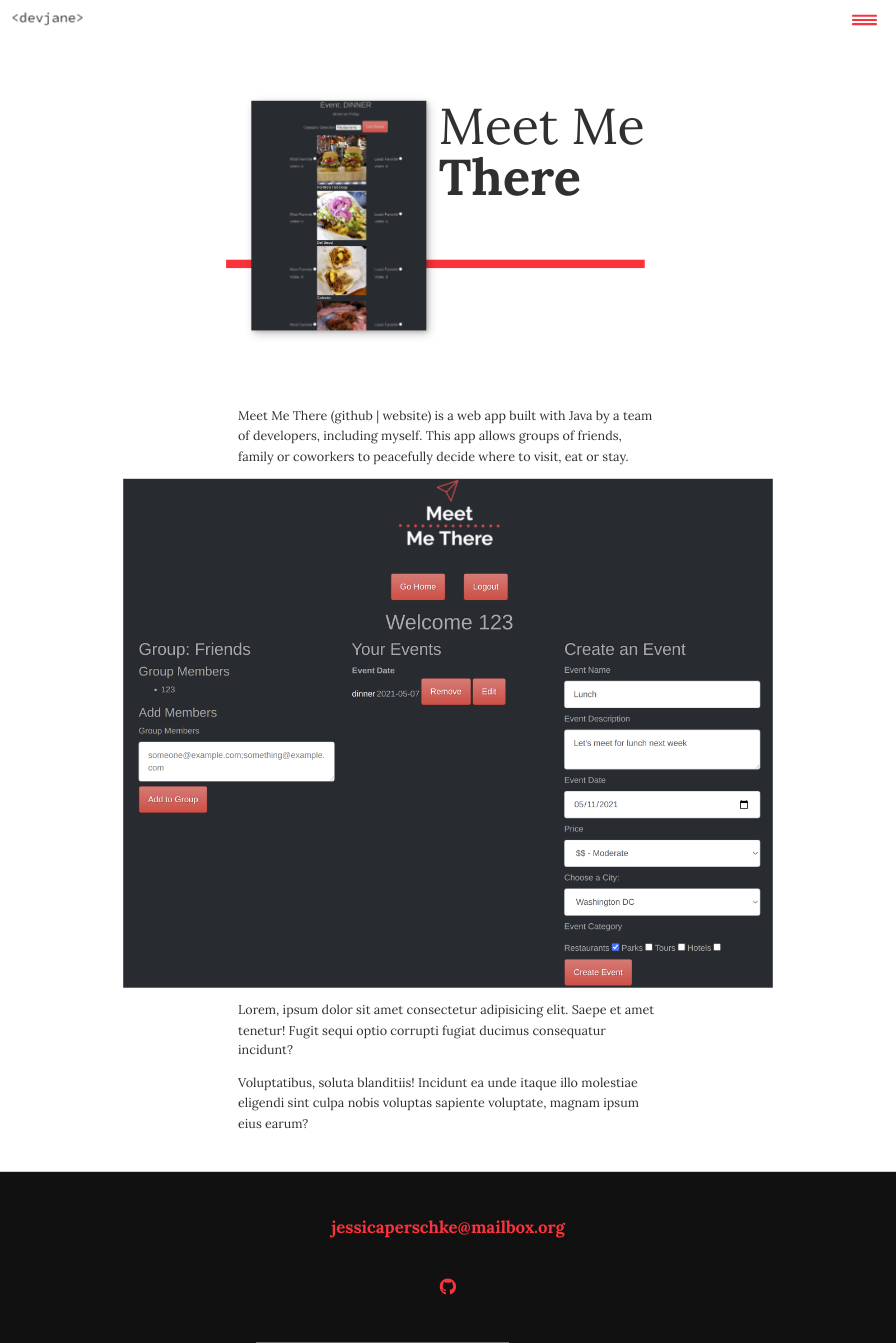
Repository: DinoDime/site
Page: portfolio-item1.html
These files come from the project's save history. The page is drawn as it stood at one moment and after the next save; the edit follows.
The browser window is 1280 px wide. The pictures show the whole page, at 70% of full size.
Some web libraries are served in a nearby version.

Above is the page before, as saved 2021-05-03 05:50:13.

### portfolio-item1.html
<!DOCTYPE html>
<html lang="en">
  <head>
    <link
      rel="stylesheet"
      href="https://cdnjs.cloudflare.com/ajax/libs/normalize/8.0.1/normalize.css"
    />
    <meta charset="UTF-8" />
    <meta name="viewport" content="width=device-width, initial-scale=1.0" />
    <title>Jess' Portfolio</title>
    <link
      rel="stylesheet"
      href="https://cdnjs.cloudflare.com/ajax/libs/normalize/7.0.0/normalize.min.css"
    />
    <link
      rel="stylesheet"
      href="https://cdnjs.cloudflare.com/ajax/libs/font-awesome/5.11.2/css/all.css"
      integrity="sha256-46qynGAkLSFpVbEBog43gvNhfrOj+BmwXdxFgVK/Kvc="
      crossorigin="anonymous"
    />

    <!-- Update these with your own fonts -->
    <link
      href="https://fonts.googleapis.com/css?family=Lora:400,700|Roboto+Slab:400,700&display=swap"
      rel="stylesheet"
    />

    <link rel="stylesheet" href="css/style.css" />
  </head>
  <body>
    <header>
      <div class="logo">
        <img src="img/devjane.png" alt="" />
      </div>
      <!--Hamburger button-->
      <button class="nav-toggle" aria-label="toggle navigation">
        <span class="hamburger"></span>
      </button>
      <nav class="nav">
        <ul class="nav__list">
          <li class="nav__item">
            <a href="index.html" class="nav__link">Home</a>
          </li>
          <li class="nav__item">
            <a href="index.html#Skills" class="nav__link">Skills</a>
          </li>
          <li class="nav__item">
            <a href="index.html#about" class="nav__link">About me</a>
          </li>
          <li class="nav__item">
            <a href="index.html#work" class="nav__link">My Work</a>
          </li>
        </ul>
      </nav>
    </header>

    <section class="intro">
      <h1 class="section__title section__title--intro">
        Meet Me <strong>There</strong>
      </h1>
      <p class="section__subtitle section__subtitle--intro"></p>
      <img src="img/MeetMeThere.png" alt="" class="intro__img" />
    </section>

    <div class="portfolio-item-individual">
      <p>
        Meet Me There (github | website) is a web app built with Java by a team
        of developers, including myself. This app allows groups of friends,
        family or coworkers to peacefully decide where to visit, eat or stay.
      </p>
      <img src="img/MeetMeThere3.png" alt="" />
      <p>
        Lorem, ipsum dolor sit amet consectetur adipisicing elit. Saepe et amet
        tenetur! Fugit sequi optio corrupti fugiat ducimus consequatur incidunt?
      </p>
      <p>
        Voluptatibus, soluta blanditiis! Incidunt ea unde itaque illo molestiae
        eligendi sint culpa nobis voluptas sapiente voluptate, magnam ipsum eius
        earum?
      </p>
    </div>

    <!-- Footer -->
    <footer class="footer">
      <!-- replace with your own email address -->
      <a href="mailto:jessicaperschke@mailbox.org" class="footer__link"
        >jessicaperschke@mailbox.org</a
      >
      <ul class="social-list">
        <li class="social-list__item">
          <a class="social-list__link" href="https://github.com/jl-perschke">
            <i class="fab fa-github"></i>
          </a>
        </li>
      </ul>
    </footer>

    <script src="js/index.js"></script>
  </body>
</html>

### css/style.css
*,
*::before,
*::after {
    box-sizing: border-box;
}

/* Custom Properties, update these for your own design */

:root {
    --ff-primary: 'Lora', serif;
    --ff-secondary: 'Roboto Slab', serif;

    --fw-reg: 400;
    --fw-bold: 700;

    --clr-light: #fff;
    --clr-dark: #303030;
    --clr-accent: #f8333c;

    --fs-h1: 3rem;
    --fs-h2: 2.25rem;
    --fs-h3: 1.25rem;
    --fs-body: 1rem;

    --bs: 0.25em 0.25em 0.75em rgba(0,0,0,.25),
          0.125em 0.125em 0.25em rgba(0,0,0,.15);
}

@media (min-width: 800px) {
    :root {
        --fs-h1: 4.5rem;
        --fs-h2: 3.75rem;
        --fs-h3: 1.5rem;
        --fs-body: 1.125rem;
    }
}

/* General styles */

/* endable this to add smooth scrolling */
/* html {
    scroll-behavior: smooth;
} */


body {
    background: var(--clr-light);
    color: var(--clr-dark);
    margin: 0;
    font-family: var(--ff-primary);
    font-size: var(--fs-body);
    line-height: 1.6;
}

section {
    padding: 5em 2em;
}

img {
    display: block;
    max-width: 100%;
}

strong { font-weight: var(--fw-bold) }

:focus {
    outline: 3px solid var(--clr-accent);
    outline-offset: 3px;
}

/* Buttons */

.btn {
    display: inline-block;
    padding: .5em 2.5em;
    background: var(--clr-accent);
    color: var(--clr-dark);
    text-decoration: none;
    cursor: pointer;
    font-size: .8rem;
    text-transform: uppercase;
    letter-spacing: 2px;
    font-weight: var(--fw-bold);
    transition: transform 200ms ease-in-out;
}

.btn:hover {
    transform: scale(1.1);
}

/* Typography */

h1,
h2,
h3 {
    line-height: 1;
    margin: 0;
}

h1 { font-size: var(--fs-h1) }
h2 { font-size: var(--fs-h2) }
h3 { font-size: var(--fs-h3) }


.section__title {
    margin-bottom: .25em;
}

.section__title--intro {
    font-weight: var(--fw-reg);
}

.section__title--intro strong {
    display: block;
}

.section__subtitle {
    margin: 0;
    font-size: var(--fs-h3);
}

.section__subtitle--intro,
.section__subtitle--about {
    background: var(--clr-accent);
    padding: .25em 1em;
    font-family: var(--ff-secondary);
    margin-bottom: 1em;
}

.section__subtitle--work {
    color: var(--clr-accent);
    font-weight: var(--fw-bold);
    margin-bottom: 2em;
}

/* header */

header {
    display: flex;
    justify-content: space-between;
    padding: 1em;
}

.logo {
    max-width: 100px;
}

.nav {
    position: fixed;
    background: var(--clr-dark);
    color: var(--clr-light);
    top: 0;
    bottom: 0;
    left: 0;
    right: 0;
    z-index: 100;

    transform: translateX(100%);
    transition: transform 250ms cubic-bezier(.5, 0, .5, 1);
}

.nav__list {
    list-style: none;
    display: flex;
    height: 100%;
    flex-direction: column;
    justify-content: space-evenly;
    align-items: center;
    margin: 0;
    padding: 0;
}

.nav__link {
    color: inherit;
    font-weight: var(--fw-bold);
    font-size: var(--fs-h2);
    text-decoration: none;
}

.nav__link:hover {
    color: var(--clr-accent);
}

.nav-toggle {
    padding: .5em;
    background: transparent;
    border: 0;
    cursor: pointer;
    position: absolute;
    right: 1em;
    top: 1em;
    z-index: 1000;
}

.nav-open .nav {
    transform: translateX(0);
}

.nav-open .nav-toggle {
    position: fixed;
}

.nav-open .hamburger {
    transform: rotate(.625turn);
}

.nav-open .hamburger::before {
    transform: rotate(90deg) translateX(-6px);
}

.nav-open .hamburger::after {
    opacity: 0;
}






.hamburger {
    display: block;
    position: relative;
}

.hamburger,
.hamburger::before,
.hamburger::after {
    background: var(--clr-accent);
    width: 2em;
    height: 3px;
    border-radius: 1em;
    transition: transform 250ms ease-in-out;
}


.hamburger::before,
.hamburger::after {
    content: '';
    position: absolute;
    left: 0;
    right: 0;
}

.hamburger::before { top: 6px; }
.hamburger::after { bottom: 6px; }


/*  Intro section  */

.intro {
    position: relative;
}

.intro__img {
    box-shadow: var(--bs);
}

.section__subtitle--intro {
    display: inline-block;
}

@media (min-width: 600px) {
    .intro {
        display: grid;
        width: min-content;
        margin: 0 auto;
        grid-column-gap: 1em;
        grid-template-areas:
            "img title"
            "img subtitle";
        grid-template-columns: min-content max-content;
    }

    .intro__img {
        grid-area: img;
        min-width: 250px;
        position: relative;
        z-index: 2;
    }

    .section__subtitle--intro {
        align-self: start;
        grid-column: -1 / 1;
        grid-row: 2;
        text-align: right;
        position: relative;
        left: -1.5em;
        width: calc(100% + 1.5em);
    }
}



/*  My services section  */

.my-services {
    background-color: var(--clr-dark);
    background-image: url(../img/services-bg.jpg);
    background-size: cover;
    /* background-blend-mode: multiply; */
    color: var(--clr-light);
    text-align: center;
}

.section__title--services {
    color: var(--clr-accent);
    position: relative;
}

.section__title--services::after {
    content: '';
    display: block;
    width: 2em;
    height: 1px;
    margin: 0.5em auto 1em;
    background: var(--clr-light);
    opacity: 0.25;
}

.services {
    margin-bottom: 4em;
}

.service {
    max-width: 500px;
    margin: 0 auto;
}

@media (min-width: 800px) {
    .services {
        display: flex;
        max-width: 1000px;
        margin-left: auto;
        margin-right: auto;
    }

    .service + .service {
        margin-left: 2em;
    }
}


.about-me {
    max-width: 1000px;
    margin: 0 auto;
}

.about-me__img {
    box-shadow: var(--bs);
}

@media (min-width: 600px) {
    .about-me {
        display: grid;
        grid-template-columns: 1fr 200px;
        grid-template-areas:
            "title img"
            "subtitle img"
            "text img";
        grid-column-gap: 2em;
    }

    .section__title--about {
        grid-area: title;
    }

    .section__subtitle--about {
        grid-column: 1 / -1;
        grid-row: 2;
        position: relative;
        left: -1em;
        width: calc(100% + 2em);
        padding-left: 1em;
        padding-right: calc(200px + 4em);
    }

    .about-me__img {
        grid-area: img;
        position: relative;
        z-index: 2;
    }
}

/* My Work */

.my-work {
    background-color: var(--clr-dark);
    color: var(--clr-light);
    text-align: center;
}

.portfolio {
    display: grid;
    grid-template-columns: repeat(auto-fit, minmax(300px, 1fr));
}

.portfolio__item {
    background: var(--clr-accent);
    overflow: hidden;
}

.portfolio__img {
    transition:
        transform 750ms cubic-bezier(.5, 0, .5, 1),
        opacity 250ms linear;
}

.portfolio__item:focus {
    position: relative;
    z-index: 2;
}

.portfolio__img:hover,
.portfolio__item:focus .portfolio__img {
    transform: scale(1.2);
    opacity: .5;
}


/* footer */

.footer {
    background: #111;
    color: var(--clr-accent);
    text-align: center;
    padding: 2.5em 0;
    font-size: var(--fs-h3);

}

.footer a {
    color: inherit;
    text-decoration: none;
}

.footer__link {
    font-weight: var(--fw-bold);
}

.footer__link:hover,
.social-list__link:hover {
    opacity: .7;
}

.footer__link:hover {
    text-decoration: underline;
}

.social-list {
    list-style: none;
    display: flex;
    justify-content: center;
    margin: 2em 0 0;
    padding: 0;
}

.social-list__item {
    margin: 0 .5em;
}

.social-list__link {
    padding: .5em;
}


/* Individual portfolio item styles */

.portfolio-item-individual {
    padding: 0 2em 2em;
    max-width: 1000px;
    margin: 0 auto;
}

.portfolio-item-individual p {
    max-width: 600px;
    margin-left: auto;
    margin-right: auto;
}

Loaded but not shown: js/index.js (common file)

After the next save:
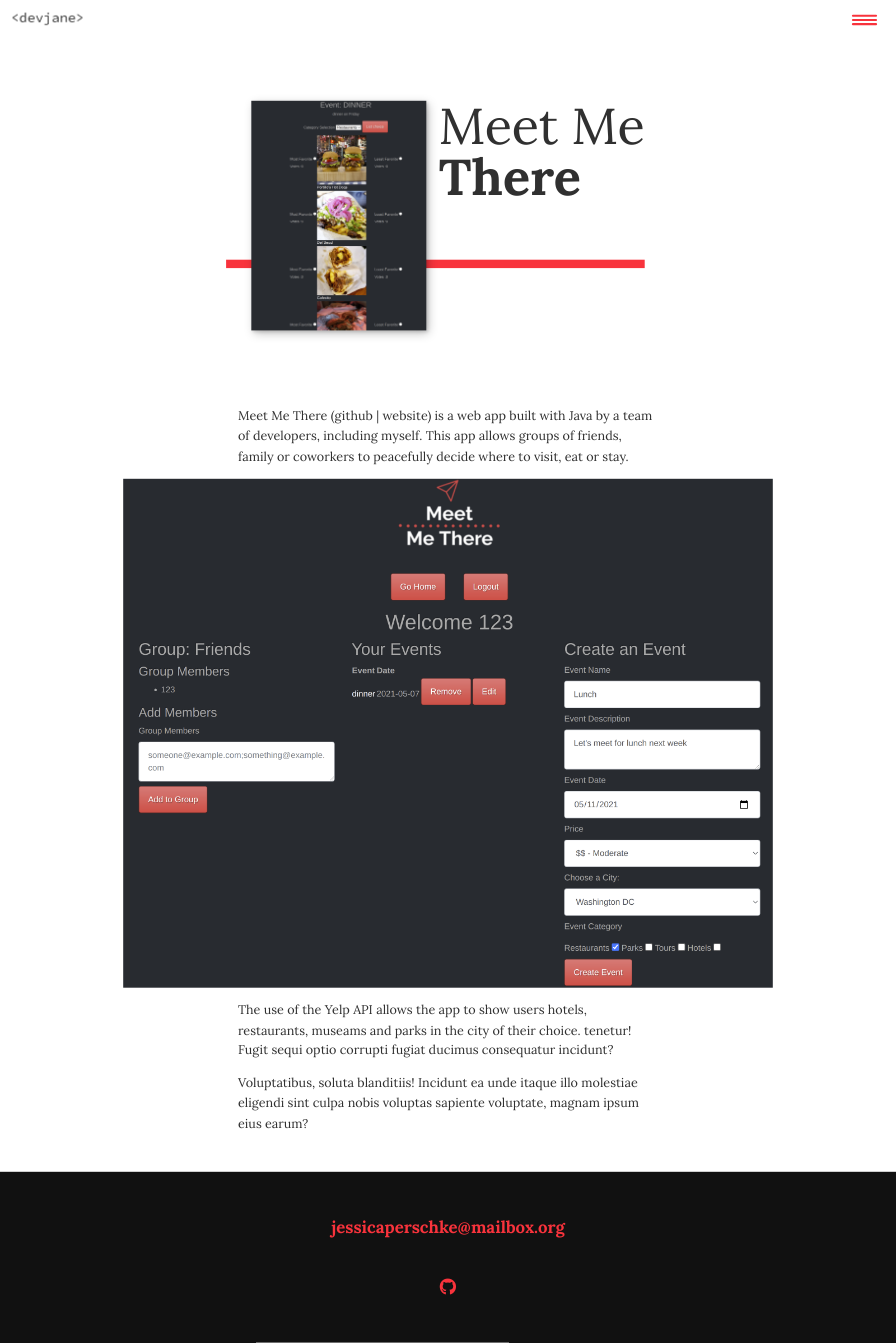
Saved 117 s later.
--- a/portfolio-item1.html
+++ b/portfolio-item1.html
@@ -70,8 +70,9 @@
       </p>
       <img src="img/MeetMeThere3.png" alt="" />
       <p>
-        Lorem, ipsum dolor sit amet consectetur adipisicing elit. Saepe et amet
-        tenetur! Fugit sequi optio corrupti fugiat ducimus consequatur incidunt?
+        The use of the Yelp API allows the app to show users hotels,
+        restaurants, museams and parks in the city of their choice. tenetur!
+        Fugit sequi optio corrupti fugiat ducimus consequatur incidunt?
       </p>
       <p>
         Voluptatibus, soluta blanditiis! Incidunt ea unde itaque illo molestiae
